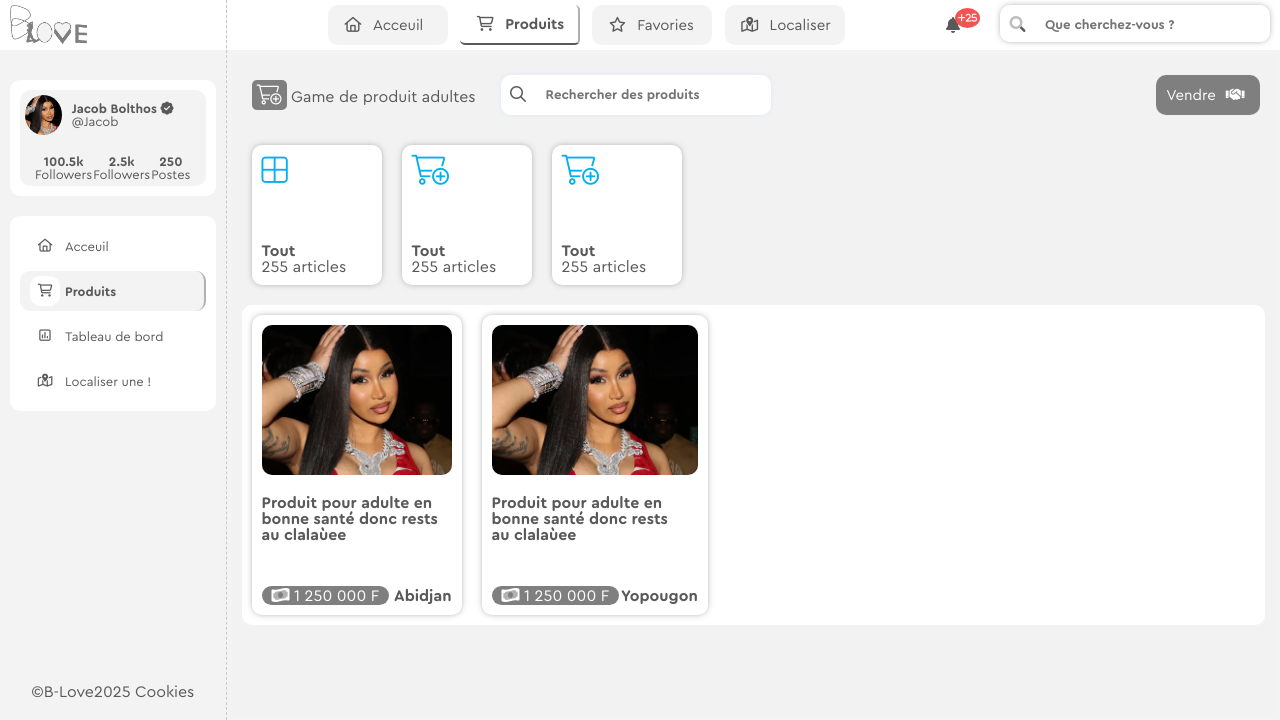
Repository: moomoony-log/b-love
Page: /home/product
An editor plug-in stored every save of this project. The page is shown before and after the next save, followed by the edit.
The browser window is 1280 px wide. The pictures show the whole page.
The project was rebuilt for these pictures with package versions that can differ from the ones it lists, and the page was loaded fresh each time. Also part of the build but not shown: vite.config.ts, src/rules/legacy.tsx, src/rules/privacy.tsx, src/view/auth.tsx, src/view/main/acceuil.tsx, src/view/main/dashbord.tsx, src/view/main/info-account.tsx, src/view/main/account.tsx and 1 more.

Above is the page before, as saved 2025-10-02 17:08:41.

After the next save:
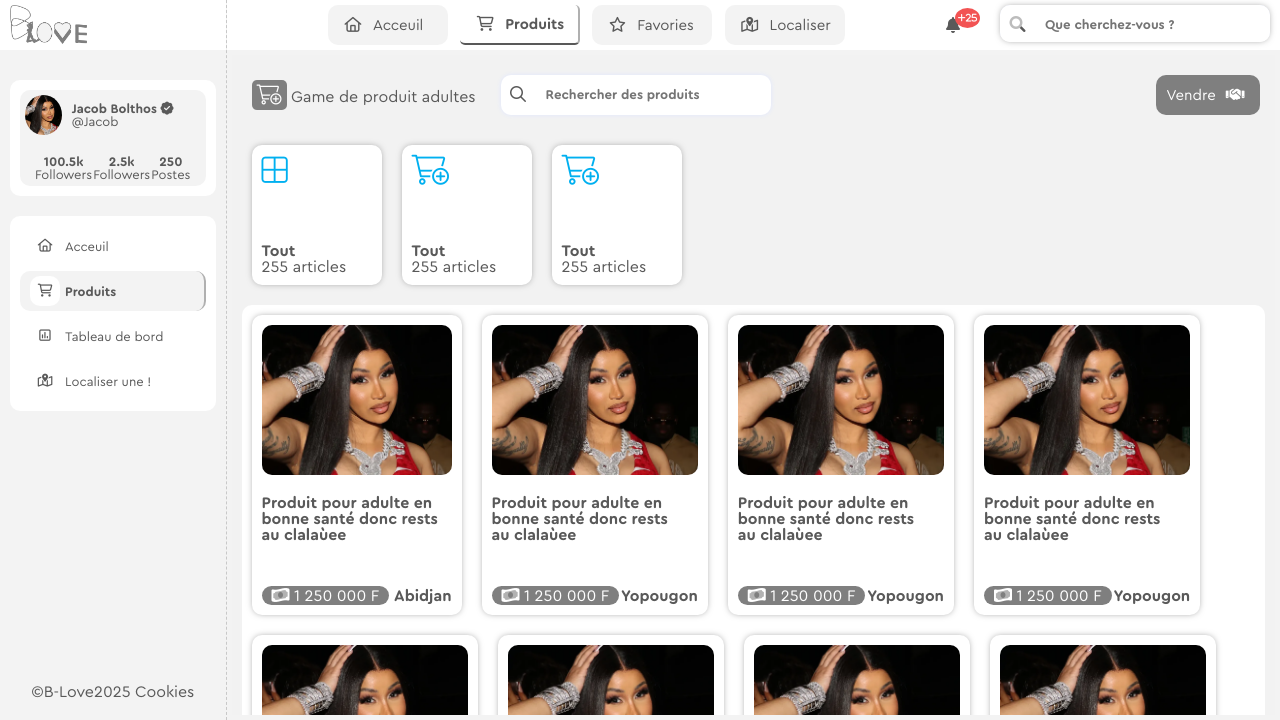
Saved 15 s later.
--- a/src/view/main/product.tsx
+++ b/src/view/main/product.tsx
@@ -61,6 +61,62 @@ const Product = () => {
                     <span>Yopougon</span>
                 </div>
             </div>
+            <div className="product-item">
+                <div className="cont-account-img" data-name="product"><img src="../img/cardi_b.webp" alt="account-image"/></div>
+                <span className="descrip">Produit pour adulte en bonne santé donc rests au clalaùee</span>
+                <div className="detail">
+                    <span><i className="fa-duotone fa-solid fa-money-bill-wave"></i> 1 250 000 F</span>
+                    <span>Yopougon</span>
+                </div>
+            </div>
+            <div className="product-item">
+                <div className="cont-account-img" data-name="product"><img src="../img/cardi_b.webp" alt="account-image"/></div>
+                <span className="descrip">Produit pour adulte en bonne santé donc rests au clalaùee</span>
+                <div className="detail">
+                    <span><i className="fa-duotone fa-solid fa-money-bill-wave"></i> 1 250 000 F</span>
+                    <span>Yopougon</span>
+                </div>
+            </div>
+            <div className="product-item">
+                <div className="cont-account-img" data-name="product"><img src="../img/cardi_b.webp" alt="account-image"/></div>
+                <span className="descrip">Produit pour adulte en bonne santé donc rests au clalaùee</span>
+                <div className="detail">
+                    <span><i className="fa-duotone fa-solid fa-money-bill-wave"></i> 1 250 000 F</span>
+                    <span>Yopougon</span>
+                </div>
+            </div>
+            <div className="product-item">
+                <div className="cont-account-img" data-name="product"><img src="../img/cardi_b.webp" alt="account-image"/></div>
+                <span className="descrip">Produit pour adulte en bonne santé donc rests au clalaùee</span>
+                <div className="detail">
+                    <span><i className="fa-duotone fa-solid fa-money-bill-wave"></i> 1 250 000 F</span>
+                    <span>Yopougon</span>
+                </div>
+            </div>
+            <div className="product-item">
+                <div className="cont-account-img" data-name="product"><img src="../img/cardi_b.webp" alt="account-image"/></div>
+                <span className="descrip">Produit pour adulte en bonne santé donc rests au clalaùee</span>
+                <div className="detail">
+                    <span><i className="fa-duotone fa-solid fa-money-bill-wave"></i> 1 250 000 F</span>
+                    <span>Yopougon</span>
+                </div>
+            </div>
+            <div className="product-item">
+                <div className="cont-account-img" data-name="product"><img src="../img/cardi_b.webp" alt="account-image"/></div>
+                <span className="descrip">Produit pour adulte en bonne santé donc rests au clalaùee</span>
+                <div className="detail">
+                    <span><i className="fa-duotone fa-solid fa-money-bill-wave"></i> 1 250 000 F</span>
+                    <span>Yopougon</span>
+                </div>
+            </div>
+            <div className="product-item">
+                <div className="cont-account-img" data-name="product"><img src="../img/cardi_b.webp" alt="account-image"/></div>
+                <span className="descrip">Produit pour adulte en bonne santé donc rests au clalaùee</span>
+                <div className="detail">
+                    <span><i className="fa-duotone fa-solid fa-money-bill-wave"></i> 1 250 000 F</span>
+                    <span>Yopougon</span>
+                </div>
+            </div>
 
         </div>
 
